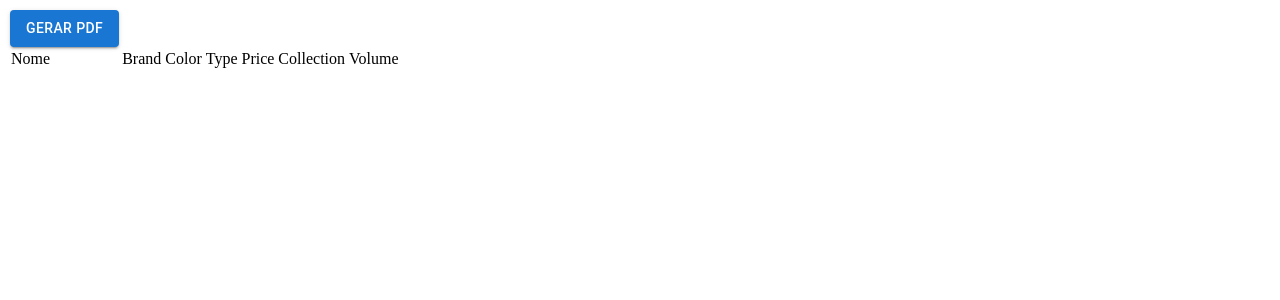
Repository: yasmimSM2007/aula08
Page: / (app in cliente/)
An editor plug-in stored every save of this project. The page is shown before and after the next save, followed by the edit.
The browser window is 1280 px wide. The pictures show the whole page.
The page's requests for data from a server got no answer. The project was rebuilt for these pictures with package versions that can differ from the ones it lists, and the page was loaded fresh each time. No one was signed in, and anything a server would have sent is missing. Also part of the build but not shown: cliente/src/pages/Registro.jsx, cliente/src/pages/Altera.jsx.

Above is the page before, as saved 2025-01-25 12:36:57.

### cliente/src/main.jsx
import { StrictMode } from 'react'
import { createRoot } from 'react-dom/client'
import { BrowserRouter, Route, Routes } from 'react-router-dom'
import Home from './pages/Home'
import Registrar from './pages/Registro'
import Alterar from './pages/Altera'

createRoot(document.getElementById('root')).render(
  <StrictMode>
    <BrowserRouter>
       <Routes>
            <Route path="/" element={<Home/>}/>
            <Route path="/registro" element={<Registrar/>}/>
            <Route path="/alterar/:id" element={<Alterar/>}/>
       </Routes>
    </BrowserRouter>
  </StrictMode>,
)

### cliente/src/pages/Home.jsx
import { useEffect, useState } from "react";
import { jsPDF } from "jspdf";
import "jspdf-autotable";
import {Link} from "react-router-dom"
import { Button } from "@mui/material";
import DeleteForever from '@mui/icons-material/DeleteForever'

export default function Home() {

  const [esmaltes, setEsmaltes] = useState([]);

  useEffect(() => {
    const buscarEsmalte = async () => {
      try {
        const resposta = await fetch("http://localhost:3000/esmaltes");
        const dados = await resposta.json();
        setEsmaltes(dados);
      } catch {
        alert('Ocorreu um erro no app!');
      }
    }
    buscarEsmalte();
  }, [esmaltes]);

  const removerEsmalte = async (id) => {
    try{
      await fetch('http://localhost:3000/esmaltes/'+id, {
        method: 'DELETE'
      });

    }catch{
      alert('Ocorreu um erro na aplicação')
    }
  };

  const exportarPDF = () =>{
    const doc = new jsPDF();
    const tabela = esmaltes.map ( esmaltes =>[
      esmaltes.id,
      esmaltes.nome,
      esmaltes.brand,
      esmaltes.color,
      esmaltes.type,
      esmaltes.price,
      esmaltes.collection,
      esmaltes.volume
    ]);
    doc.text("Lista de esmaltes",10,10);
    doc.autoTable ({
      head: [[ "ID","Nome","Brand","Color","Type","Price","Collection","Volume" ]],
      body: tabela
  });
     doc.save("esmaltes.pdf");
  }

  return (
    <div>
    <table>
    <Button variant = "contained" onClick={()=> exportarPDF()}>Gerar PDF</Button>
      <tr>
        <td>Nome</td>
        <td>Brand</td>
        <td>Color</td>
        <td>Type</td>
        <td>Price</td>
        <td>Collection</td>
        <td>Volume</td>
      </tr>
      {esmaltes.map((esmaltes) =>
        <tr key={esmaltes.id}>
          <td>{esmaltes.nome}</td>
          <td>{esmaltes.brand}</td>
          <td>{esmaltes.color}</td>
          <td>{esmaltes.type}</td>
          <td>{esmaltes.price}</td>
          <td>{esmaltes.collection}</td>
          <td>{esmaltes.volume}</td>
          <td><button onClick={() => removerEsmalte(esmaltes.id)}>
            <DeleteForever/>
          </button>
          <Link to={'/alterar/' + esmaltes.id}>
          <button>Alterar</button>
          </Link>
          </td>
        </tr>
      )}
    </table>
    </div>
  );
}

After the next save:
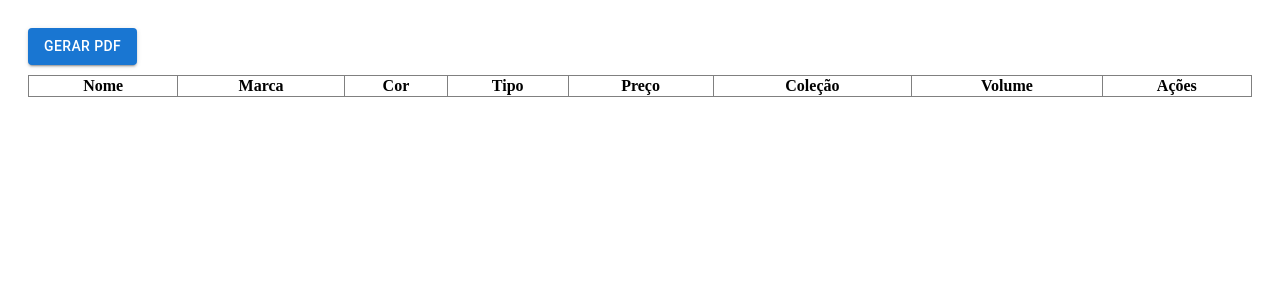
Saved 3 min 45 s later.
--- a/cliente/src/pages/Home.jsx
+++ b/cliente/src/pages/Home.jsx
@@ -1,90 +1,112 @@
 import { useEffect, useState } from "react";
 import { jsPDF } from "jspdf";
 import "jspdf-autotable";
-import {Link} from "react-router-dom"
+import { Link } from "react-router-dom";
 import { Button } from "@mui/material";
-import DeleteForever from '@mui/icons-material/DeleteForever'
+import DeleteForeverIcon from "@mui/icons-material/DeleteForever";
 
 export default function Home() {
-
   const [esmaltes, setEsmaltes] = useState([]);
 
+  // Função para buscar os esmaltes ao montar o componente
   useEffect(() => {
     const buscarEsmalte = async () => {
       try {
         const resposta = await fetch("http://localhost:3000/esmaltes");
         const dados = await resposta.json();
         setEsmaltes(dados);
-      } catch {
-        alert('Ocorreu um erro no app!');
+      } catch (error) {
+        alert("Erro ao carregar os esmaltes. Tente novamente.");
       }
-    }
+    };
     buscarEsmalte();
-  }, [esmaltes]);
+  }, []);
 
+  // Função para remover esmalte
   const removerEsmalte = async (id) => {
-    try{
-      await fetch('http://localhost:3000/esmaltes/'+id, {
-        method: 'DELETE'
+    try {
+      await fetch(`http://localhost:3000/esmaltes/${id}`, {
+        method: "DELETE",
       });
-
-    }catch{
-      alert('Ocorreu um erro na aplicação')
+      // Atualiza a lista localmente
+      setEsmaltes((prevEsmaltes) => prevEsmaltes.filter((esmalte) => esmalte.id !== id));
+    } catch {
+      alert("Erro ao remover o esmalte.");
     }
   };
 
-  const exportarPDF = () =>{
+  // Função para exportar a lista de esmaltes em PDF
+  const exportarPDF = () => {
     const doc = new jsPDF();
-    const tabela = esmaltes.map ( esmaltes =>[
-      esmaltes.id,
-      esmaltes.nome,
-      esmaltes.brand,
-      esmaltes.color,
-      esmaltes.type,
-      esmaltes.price,
-      esmaltes.collection,
-      esmaltes.volume
+    const tabela = esmaltes.map((esmalte) => [
+      esmalte.id,
+      esmalte.nome,
+      esmalte.brand,
+      esmalte.color,
+      esmalte.type,
+      esmalte.price.toFixed(2), // Formata o preço com 2 casas decimais
+      esmalte.collection,
+      esmalte.volume,
     ]);
-    doc.text("Lista de esmaltes",10,10);
-    doc.autoTable ({
-      head: [[ "ID","Nome","Brand","Color","Type","Price","Collection","Volume" ]],
-      body: tabela
-  });
-     doc.save("esmaltes.pdf");
-  }
+
+    doc.text("Lista de Esmaltes", 10, 10);
+    doc.autoTable({
+      head: [["ID", "Nome", "Marca", "Cor", "Tipo", "Preço", "Coleção", "Volume"]],
+      body: tabela,
+    });
+    doc.save("esmaltes.pdf");
+  };
 
   return (
-    <div>
-    <table>
-    <Button variant = "contained" onClick={()=> exportarPDF()}>Gerar PDF</Button>
-      <tr>
-        <td>Nome</td>
-        <td>Brand</td>
-        <td>Color</td>
-        <td>Type</td>
-        <td>Price</td>
-        <td>Collection</td>
-        <td>Volume</td>
-      </tr>
-      {esmaltes.map((esmaltes) =>
-        <tr key={esmaltes.id}>
-          <td>{esmaltes.nome}</td>
-          <td>{esmaltes.brand}</td>
-          <td>{esmaltes.color}</td>
-          <td>{esmaltes.type}</td>
-          <td>{esmaltes.price}</td>
-          <td>{esmaltes.collection}</td>
-          <td>{esmaltes.volume}</td>
-          <td><button onClick={() => removerEsmalte(esmaltes.id)}>
-            <DeleteForever/>
-          </button>
-          <Link to={'/alterar/' + esmaltes.id}>
-          <button>Alterar</button>
-          </Link>
-          </td>
-        </tr>
-      )}
-    </table>
+    <div style={{ padding: "20px" }}>
+      <Button variant="contained" color="primary" onClick={exportarPDF} style={{ marginBottom: "10px" }}>
+        Gerar PDF
+      </Button>
+      <table border="1" style={{ width: "100%", borderCollapse: "collapse" }}>
+        <thead>
+          <tr>
+            <th>Nome</th>
+            <th>Marca</th>
+            <th>Cor</th>
+            <th>Tipo</th>
+            <th>Preço</th>
+            <th>Coleção</th>
+            <th>Volume</th>
+            <th>Ações</th>
+          </tr>
+        </thead>
+        <tbody>
+          {esmaltes.map((esmalte) => (
+            <tr key={esmalte.id}>
+              <td>{esmalte.nome}</td>
+              <td>{esmalte.brand}</td>
+              <td>{esmalte.color}</td>
+              <td>{esmalte.type}</td>
+              <td>R$ {esmalte.price.toFixed(2)}</td>
+              <td>{esmalte.collection}</td>
+              <td>{esmalte.volume}</td>
+              <td>
+                <button
+                  onClick={() => removerEsmalte(esmalte.id)}
+                  style={{
+                    backgroundColor: "transparent",
+                    border: "none",
+                    cursor: "pointer",
+                    color: "red",
+                  }}
+                >
+                  <DeleteForeverIcon />
+                </button>
+                <Link to={`/alterar/${esmalte.id}`}>
+                  <Button variant="outlined" color="secondary" size="small" style={{ marginLeft: "5px" }}>
+                    Alterar
+                  </Button>
+                </Link>
+              </td>
+            </tr>
+          ))}
+        </tbody>
+      </table>
     </div>
   );
 }

After the save that followed:
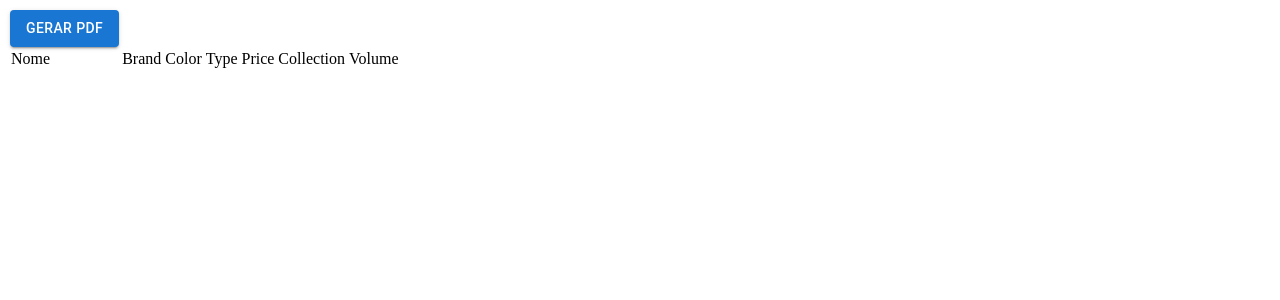
Saved 64 s later.
--- a/cliente/src/pages/Home.jsx
+++ b/cliente/src/pages/Home.jsx
@@ -1,112 +1,90 @@
 import { useEffect, useState } from "react";
 import { jsPDF } from "jspdf";
 import "jspdf-autotable";
-import { Link } from "react-router-dom";
+import {Link} from "react-router-dom"
 import { Button } from "@mui/material";
-import DeleteForeverIcon from "@mui/icons-material/DeleteForever";
+import DeleteForever from '@mui/icons-material/DeleteForever'
 
 export default function Home() {
+
   const [esmaltes, setEsmaltes] = useState([]);
 
-  // Função para buscar os esmaltes ao montar o componente
   useEffect(() => {
     const buscarEsmalte = async () => {
       try {
         const resposta = await fetch("http://localhost:3000/esmaltes");
         const dados = await resposta.json();
         setEsmaltes(dados);
-      } catch (error) {
-        alert("Erro ao carregar os esmaltes. Tente novamente.");
+      } catch {
+        alert('Ocorreu um erro no app!');
       }
-    };
+    }
     buscarEsmalte();
-  }, []);
+  }, [esmaltes]);
 
-  // Função para remover esmalte
   const removerEsmalte = async (id) => {
-    try {
-      await fetch(`http://localhost:3000/esmaltes/${id}`, {
-        method: "DELETE",
+    try{
+      await fetch('http://localhost:3000/esmaltes/'+id, {
+        method: 'DELETE'
       });
-      // Atualiza a lista localmente
-      setEsmaltes((prevEsmaltes) => prevEsmaltes.filter((esmalte) => esmalte.id !== id));
-    } catch {
-      alert("Erro ao remover o esmalte.");
+
+    }catch{
+      alert('Ocorreu um erro na aplicação')
     }
   };
 
-  // Função para exportar a lista de esmaltes em PDF
-  const exportarPDF = () => {
+  const exportarPDF = () =>{
     const doc = new jsPDF();
-    const tabela = esmaltes.map((esmalte) => [
-      esmalte.id,
-      esmalte.nome,
-      esmalte.brand,
-      esmalte.color,
-      esmalte.type,
-      esmalte.price.toFixed(2), // Formata o preço com 2 casas decimais
-      esmalte.collection,
-      esmalte.volume,
+    const tabela = esmaltes.map ( esmaltes =>[
+      esmaltes.id,
+      esmaltes.nome,
+      esmaltes.brand,
+      esmaltes.color,
+      esmaltes.type,
+      esmaltes.price,
+      esmaltes.collection,
+      esmaltes.volume
     ]);
-
-    doc.text("Lista de Esmaltes", 10, 10);
-    doc.autoTable({
-      head: [["ID", "Nome", "Marca", "Cor", "Tipo", "Preço", "Coleção", "Volume"]],
-      body: tabela,
-    });
-    doc.save("esmaltes.pdf");
-  };
+    doc.text("Lista de esmaltes",10,10);
+    doc.autoTable ({
+      head: [[ "ID","Nome","Brand","Color","Type","Price","Collection","Volume" ]],
+      body: tabela
+  });
+     doc.save("esmaltes.pdf");
+  }
 
   return (
-    <div style={{ padding: "20px" }}>
-      <Button variant="contained" color="primary" onClick={exportarPDF} style={{ marginBottom: "10px" }}>
-        Gerar PDF
-      </Button>
-      <table border="1" style={{ width: "100%", borderCollapse: "collapse" }}>
-        <thead>
-          <tr>
-            <th>Nome</th>
-            <th>Marca</th>
-            <th>Cor</th>
-            <th>Tipo</th>
-            <th>Preço</th>
-            <th>Coleção</th>
-            <th>Volume</th>
-            <th>Ações</th>
-          </tr>
-        </thead>
-        <tbody>
-          {esmaltes.map((esmalte) => (
-            <tr key={esmalte.id}>
-              <td>{esmalte.nome}</td>
-              <td>{esmalte.brand}</td>
-              <td>{esmalte.color}</td>
-              <td>{esmalte.type}</td>
-              <td>R$ {esmalte.price.toFixed(2)}</td>
-              <td>{esmalte.collection}</td>
-              <td>{esmalte.volume}</td>
-              <td>
-                <button
-                  onClick={() => removerEsmalte(esmalte.id)}
-                  style={{
-                    backgroundColor: "transparent",
-                    border: "none",
-                    cursor: "pointer",
-                    color: "red",
-                  }}
-                >
-                  <DeleteForeverIcon />
-                </button>
-                <Link to={`/alterar/${esmalte.id}`}>
-                  <Button variant="outlined" color="secondary" size="small" style={{ marginLeft: "5px" }}>
-                    Alterar
-                  </Button>
-                </Link>
-              </td>
-            </tr>
-          ))}
-        </tbody>
-      </table>
+    <div>
+    <table>
+    <Button variant = "contained" onClick={()=> exportarPDF()}>Gerar PDF</Button>
+      <tr>
+        <td>Nome</td>
+        <td>Brand</td>
+        <td>Color</td>
+        <td>Type</td>
+        <td>Price</td>
+        <td>Collection</td>
+        <td>Volume</td>
+      </tr>
+      {esmaltes.map((esmaltes) =>
+        <tr key={esmaltes.id}>
+          <td>{esmaltes.nome}</td>
+          <td>{esmaltes.brand}</td>
+          <td>{esmaltes.color}</td>
+          <td>{esmaltes.type}</td>
+          <td>{esmaltes.price}</td>
+          <td>{esmaltes.collection}</td>
+          <td>{esmaltes.volume}</td>
+          <td><button onClick={() => removerEsmalte(esmaltes.id)}>
+            <DeleteForever/>
+          </button>
+          <Link to={'/alterar/' + esmaltes.id}>
+          <button>Alterar</button>
+          </Link>
+          </td>
+        </tr>
+      )}
+    </table>
     </div>
   );
 }
